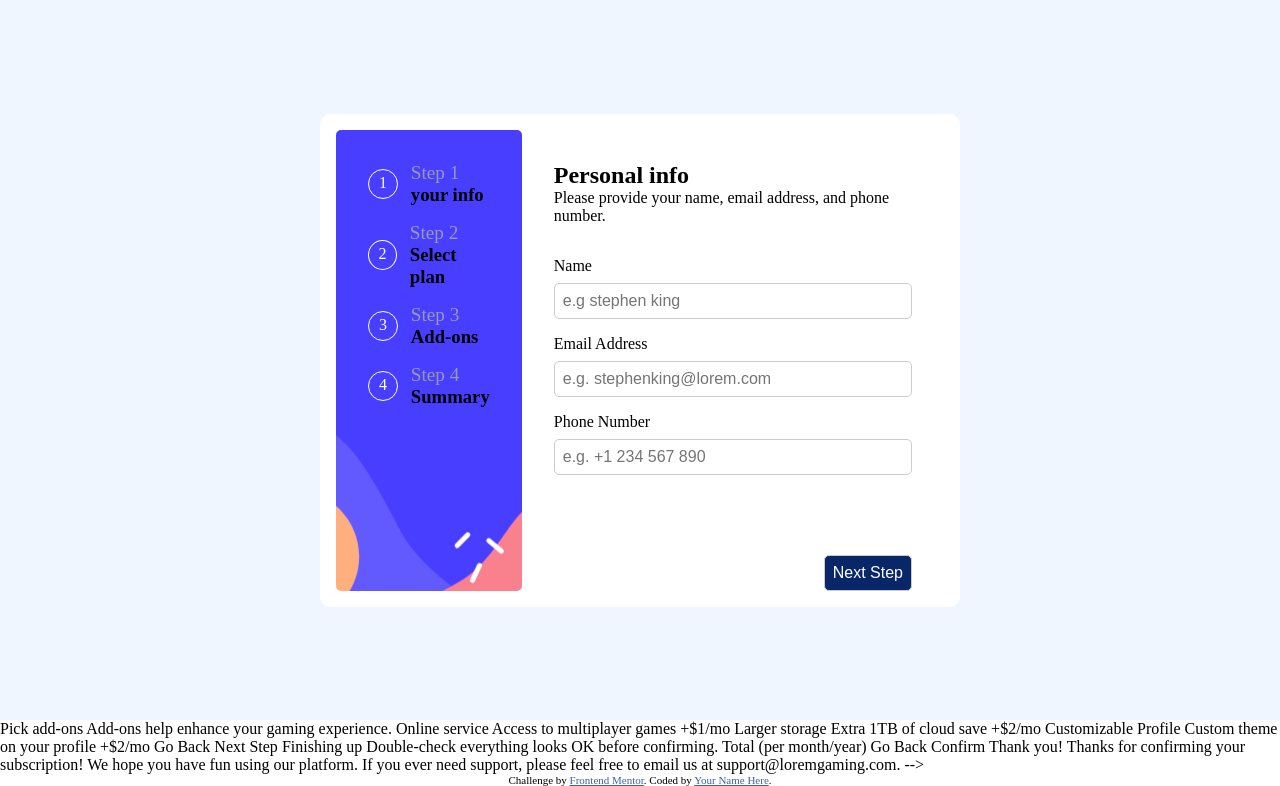
Repository: reemoon-ctrl/reemoon-ctrl.github.io
Page: index.html
The author's editor kept a copy of each file at every save. The page is drawn from the files as they stood at one save, then again after a run of saves.
The browser window is 1280 px wide. The pictures show the whole page.

Above is the page before, as saved 2025-04-29 10:05:09.

### index.html
<!DOCTYPE html>
<html lang="en">

<head>
  <meta charset="UTF-8">
  <meta name="viewport" content="width=device-width, initial-scale=1.0">
  <!-- displays site properly based on user's device -->

  <link rel="icon" type="image/png" sizes="32x32" href="./assets/images/favicon-32x32.png">
  <link rel="stylesheet" href="./style.css">
  <title>Frontend Mentor | Multi-step form</title>

  <!-- Feel free to remove these styles or customise in your own stylesheet 👍 -->
  <style>
    .attribution {
      font-size: 11px;
      text-align: center;
    }

    .attribution a {
      color: hsl(219, 45%, 44%);
    }
  </style>
</head>

<body>
  <div class="containerCenter">
    <div class="container">
      <div class="sidebar">
        <ul class="sidebarList">
          <li class="sidebar_ele">
            <div>1</div>
            <div>
              <p>Step 1</p>
              <h3>your info</h3>
            </div>
          </li>
          <li class="sidebar_ele">
            <div>2</div>
            <div>
              <p> Step 2</p>
              <h3>Select plan</h3>
            </div>

          </li>
          <li class="sidebar_ele">
            <div>3</div>
            <div>
              <p>Step 3</p>
              <h3>Add-ons</h3>
            </div>
          </li>
          <li class="sidebar_ele">
            <div>4</div>
            <div>
              <p>Step 4</p>
              <h3>Summary</h3>
            </div>

          </li>
        </ul>
      </div>
      <div class="main">
        <div class="formHeader">
          <h2>Personal info</h2>
          <p>Please provide your name, email address, and phone number.
          </p>
        </div>
        <form class="formContainer">
          <div class="formLabelInput">
            <label for="name">Name</label>
            <input type="text" id="name" name="name" placeholder="e.g stephen king">
          </div>
          <div class="formLabelInput">
            <label for="email">Email Address</label>
            <input type="email" id="email" name="email" placeholder="e.g. stephenking@lorem.com">
          </div>
          <div class="formLabelInput">
            <label for="phone">Phone Number</label>
            <input type="tel" name="phone number" placeholder="e.g. +1 234 567 890">
          </div>
          <div id="nextStep">
            <!-- <label for="username">Username:</label> -->
            <button type="button" id="nextStepbtn" name="next step">Next Step</button>
          </div>
        </form>

        <!-- Step 1 end -->
      </div>

    </div>
  </div>

  <!-- Sidebar start -->



  <!-- Sidebar end -->



  <!-- Step 2 start -->
  <!--
  Select your plan
  You have the option of monthly or yearly billing.

  Arcade
  $9/mo

  Advanced
  $12/mo

  Pro
  $15/mo

  Monthly
  Yearly

  Go Back
  Next Step

  <!-- Step 2 end -->

  <!-- Step 3 start -->

  Pick add-ons
  Add-ons help enhance your gaming experience.

  Online service
  Access to multiplayer games
  +$1/mo

  Larger storage
  Extra 1TB of cloud save
  +$2/mo

  Customizable Profile
  Custom theme on your profile
  +$2/mo

  Go Back
  Next Step

  <!-- Step 3 end -->

  <!-- Step 4 start -->

  Finishing up
  Double-check everything looks OK before confirming.

  <!-- Dynamically add subscription and add-on selections here -->

  Total (per month/year)

  Go Back
  Confirm

  <!-- Step 4 end -->

  <!-- Step 5 start -->

  Thank you!

  Thanks for confirming your subscription! We hope you have fun
  using our platform. If you ever need support, please feel free
  to email us at support@loremgaming.com. -->

  <!-- Step 5 end -->

  <div class="attribution">
    Challenge by <a href="https://www.frontendmentor.io?ref=challenge" target="_blank">Frontend Mentor</a>.
    Coded by <a href="#">Your Name Here</a>.
  </div>
</body>

</html>

### style.css
*{
    padding: 0;
    margin: 0;
    box-sizing:border-box;
}
.container{
    background: #ffffff;
    display: grid;
    grid-template-columns: 1fr 3fr;
    padding: 1rem;
    width:50%;
    height:fit-content;
    align-items: center;
    justify-content: center;
    align-content: center;;
    justify-items:center ;
    z-index: 100;
    /* margin-top: 25%; */
    border-radius: 10px;

}
.containerCenter{
    height:100vh;
    display: flex;
    justify-content: center;
    align-items: center;
    align-content: center;
    background-color: #f0f6ff;
}
.main{
    padding: 2rem 2rem 0 2rem;
    display: grid;
}
.sidebar{
    border-radius: 5px;
    height:100% ;
    padding: 2rem;
    background:no-repeat url(./assets/images/bg-sidebar-desktop.svg) center ;
}
.sidebarList{
    list-style: none;
    display: flex;
    flex-direction: column;
    gap: 1rem;
    justify-content: space-between;
    /* height: 100%; */
}
.sidebar_ele{
    display: flex;
    /* align-content:stretch; */
    gap: .8rem;
    align-items: center;
}
.sidebar_ele>div:first-child{
    width: 30px;
    height:30px;
    /* background-color: #adbeff; */
    border: 1px solid #ffffff;
    border-radius: 50%;
    text-align: center;
    padding: .3rem .5rem .3rem .5rem ;
    color:#fff;
}
.sidebar_ele>div:last-child>p{
    font-size: 1.2rem;
    color: #9699ab;
}
.formContainer{
    display: grid;
    grid-template-columns:1fr ;
    gap:1rem ;
}
.formHeader{
    padding-bottom: 2rem;
}
.formLabelInput{
    display: flex;
    flex-direction: column;
    gap:.5rem;
}
#nextStep{
    display: flex;
    justify-content:flex-end;
    align-items: center;
    /* background-color: #bff2f6; */
    padding-top: 4rem;
}
#nextStepbtn{
    padding: .5rem;
    border-radius: 5px;
    border: 1px solid #ccc;
    background-color: #092668;
    color: #fff;
    font-size: 1rem;
    /* color: #333; */
    cursor: pointer;
}
.formLabelInput>input{
    padding: .5rem;
    border-radius: 5px;
    border: 1px solid #ccc;
    background-color: #fff;
    font-size: 1rem;
    color: #333;
}

After the next 9 saves:
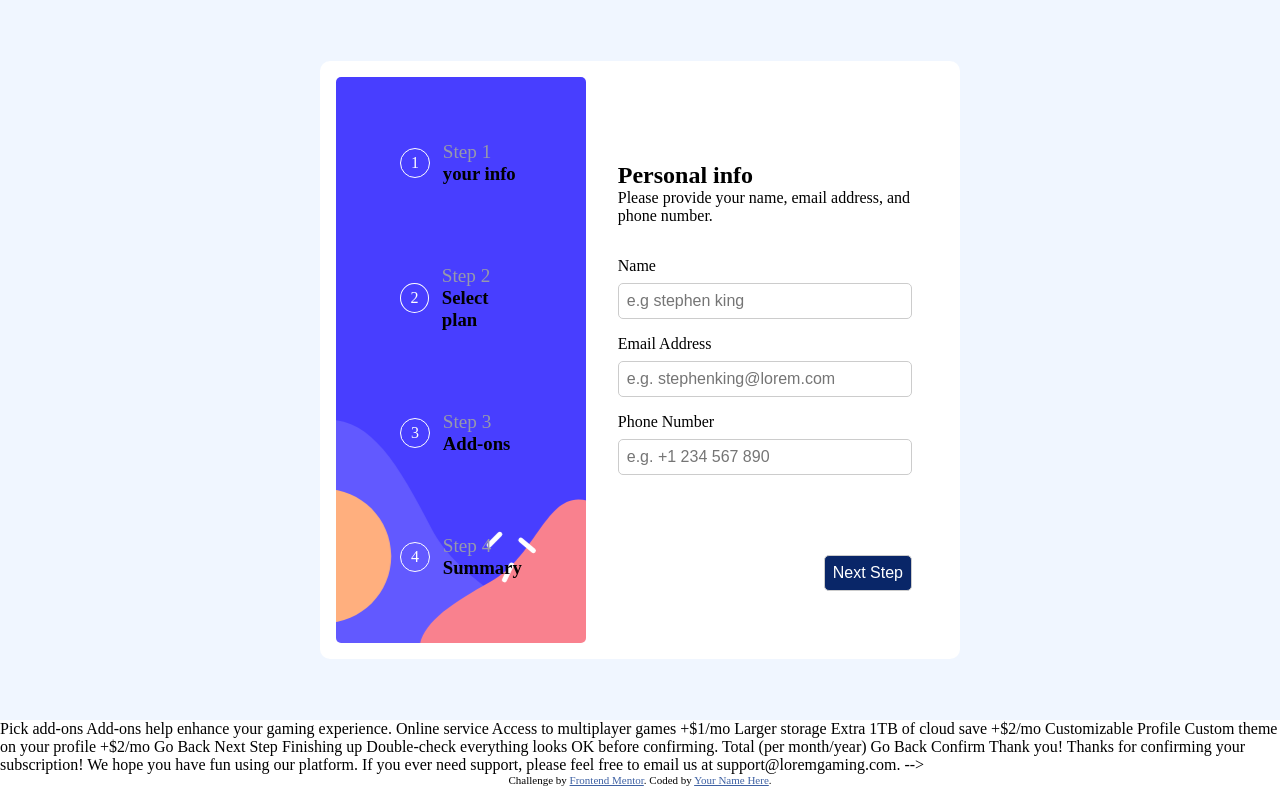
The 9 saves are shown as one change because they came seconds apart.
The last was saved 61 s later.
--- a/style.css
+++ b/style.css
@@ -50,6 +50,7 @@
     /* align-content:stretch; */
     gap: .8rem;
     align-items: center;
+    padding: 2rem;
 }
 .sidebar_ele>div:first-child{
     width: 30px;

After the save that followed:
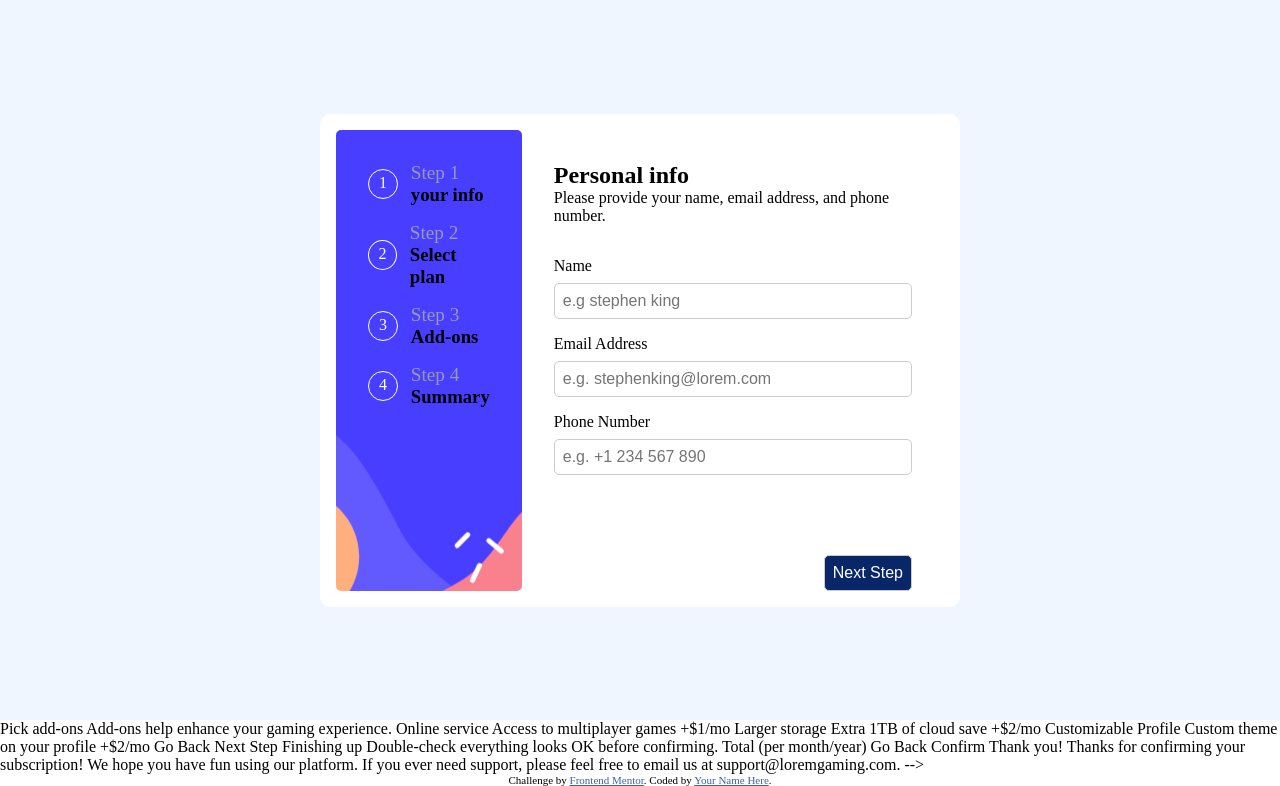
Saved 29 s later.
--- a/style.css
+++ b/style.css
@@ -50,7 +50,7 @@
     /* align-content:stretch; */
     gap: .8rem;
     align-items: center;
-    padding: 2rem;
+    /* padding: 2rem; */
 }
 .sidebar_ele>div:first-child{
     width: 30px;
